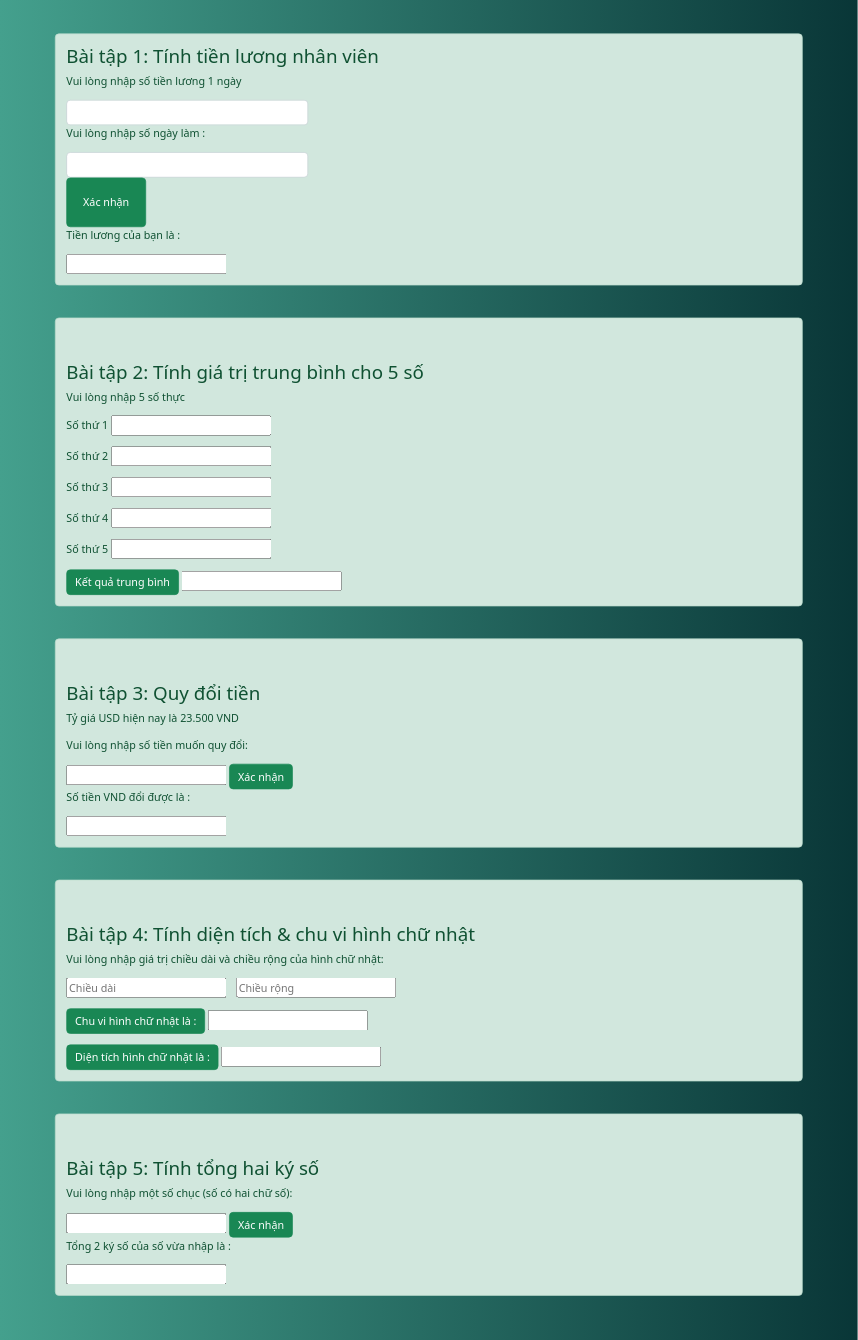
Repository: hcozyph/TranHuuPhuoc_BC43_BT_JS_Buoi2
Page: index.html
An editor plug-in stored every save of this project. The page is shown before and after the next save, followed by the edit.
The browser window is 1280 px wide. The pictures show the whole page, at 67% of full size.

Above is the page before, as saved 2023-02-03 20:37:10.

After the next save:
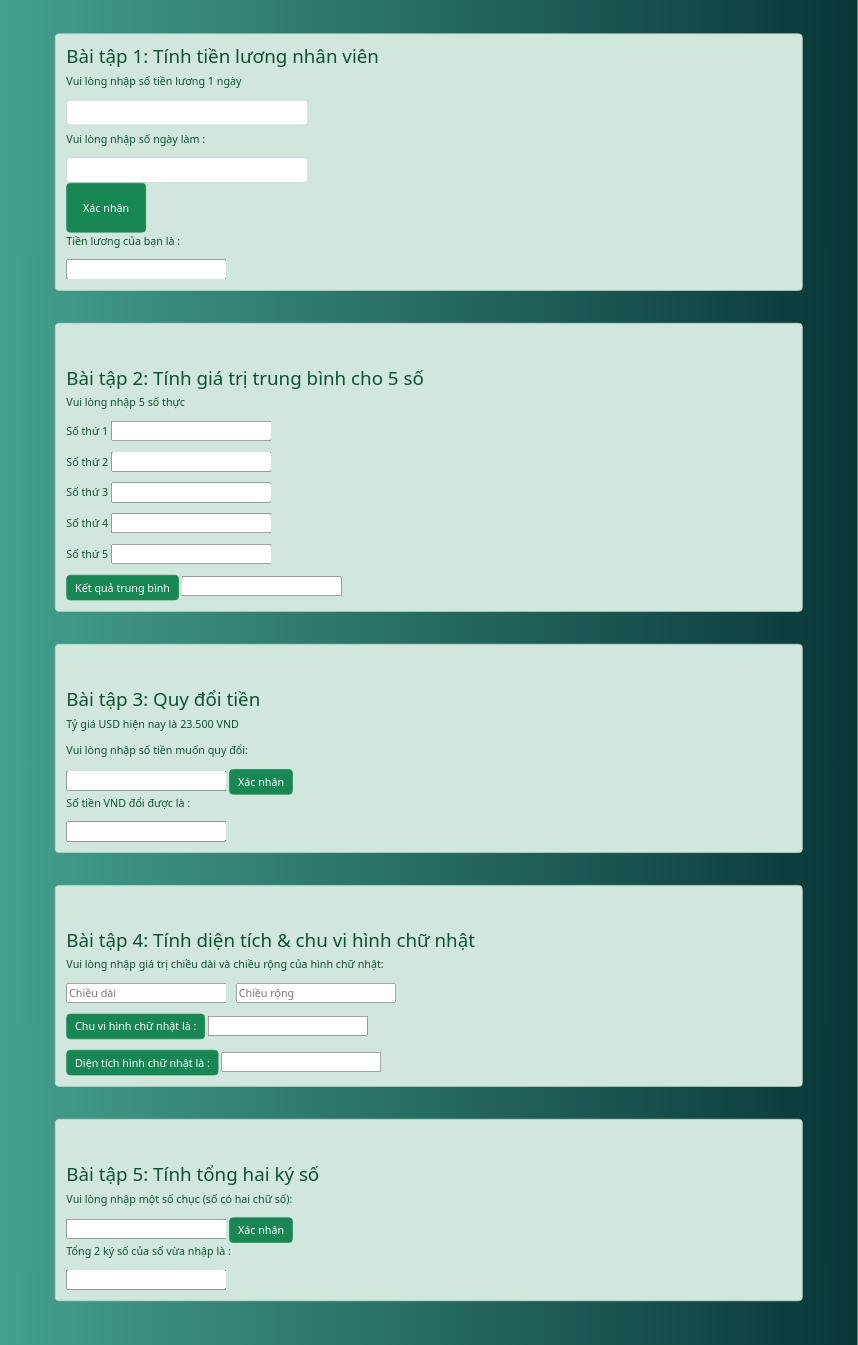
Saved 81 s later.
--- a/index.html
+++ b/index.html
@@ -58,7 +58,7 @@
                         />
                     </div>
 
-                    <div class="col-4">
+                    <div class="col-4 mt-2">
                         <p>Vui lòng nhập số ngày làm :</p>
 
                         <input
